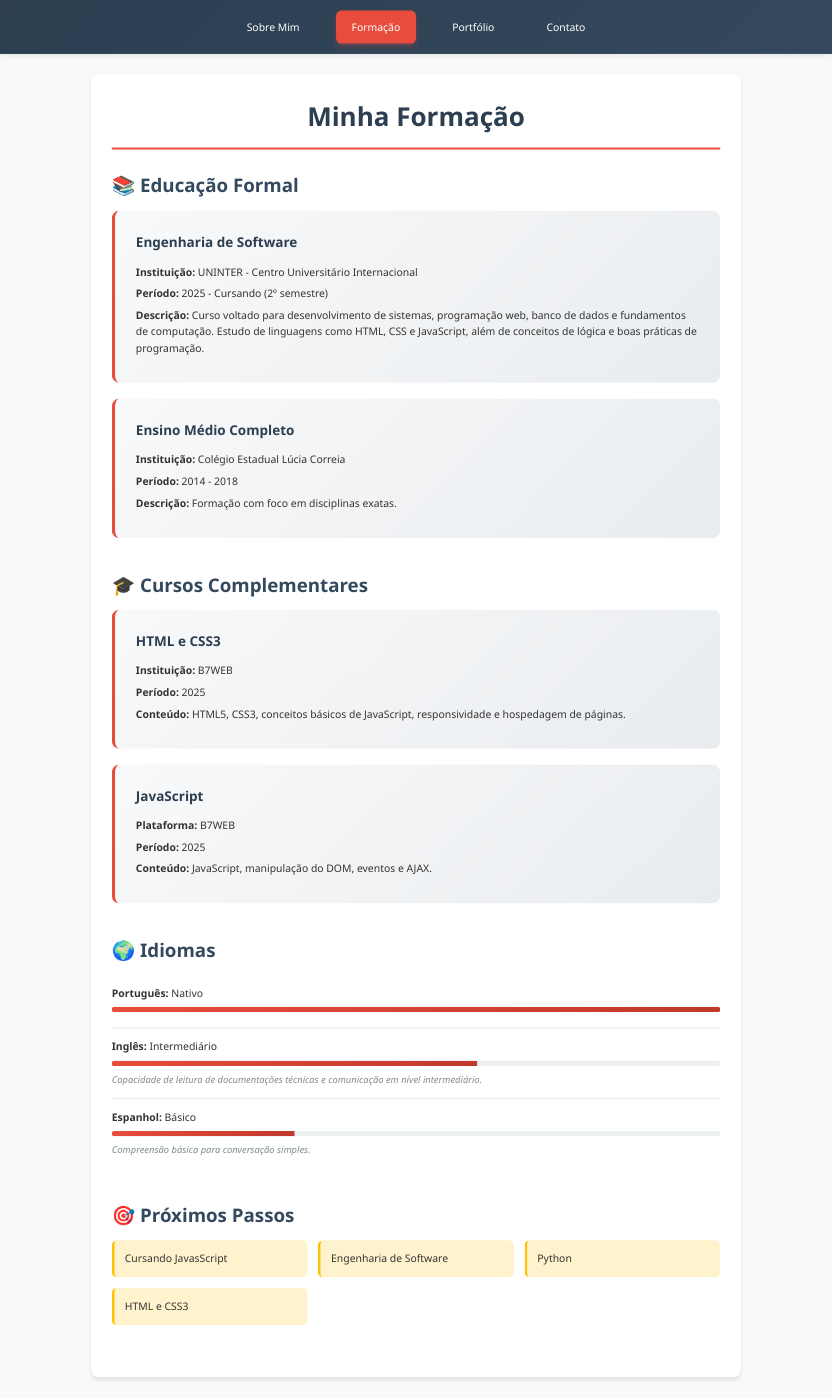
Repository: AnderHonorato/meu-portfolio
Page: formacao.html
An editor plug-in stored every save of this project. The page is shown before and after the next save, followed by the edit.
The browser window is 1280 px wide. The pictures show the whole page, at 65% of full size.

Above is the page before, as saved 2025-08-26 21:44:09.

### formacao.html
<!DOCTYPE html>
<html lang="pt-br">
<head>
    <meta charset="UTF-8">
    <meta name="viewport" content="width=device-width, initial-scale=1.0">
    <title>Formação - Anderson</title>
    <link rel="stylesheet" href="css/style.css">
</head>
<body>
    <!-- MENU DE NAVEGAÇÃO PADRÃO -->
    <nav class="menu">
        <ul>
            <li><a href="index.html">Sobre Mim</a></li>
            <li><a href="formacao.html" class="ativo">Formação</a></li>
            <li><a href="portfolio.html">Portfólio</a></li>
            <li><a href="contato.html">Contato</a></li>
        </ul>
    </nav>

    <!-- CONTEÚDO DA PÁGINA DE FORMAÇÃO -->
    <main class="conteudo">
        <h1>Minha Formação</h1>

        <!-- EDUCAÇÃO FORMAL -->
        <div class="formacao-secao">
            <h2>📚 Educação Formal</h2>

            <div class="item-formacao">
                <h3>Engenharia de Software</h3>
                <p><strong>Instituição:</strong> UNINTER - Centro Universitário Internacional</p>
                <p><strong>Período:</strong> 2025 - Cursando (2º semestre)</p>
                <p><strong>Descrição:</strong> Curso voltado para desenvolvimento de sistemas, programação web, banco de dados e fundamentos de computação. Estudo de linguagens como HTML, CSS e JavaScript, além de conceitos de lógica e boas práticas de programação.</p>
            </div>

            <div class="item-formacao">
                <h3>Ensino Médio Completo</h3>
                <p><strong>Instituição:</strong> Colégio Estadual Lúcia Correia</p>
                <p><strong>Período:</strong> 2014 - 2018</p>
                <p><strong>Descrição:</strong> Formação com foco em disciplinas exatas.</p>
            </div>
        </div>

        <!-- CURSOS COMPLEMENTARES -->
        <div class="formacao-secao">
            <h2>🎓 Cursos Complementares</h2>

            <div class="item-formacao">
                <h3>HTML e CSS3</h3>
                <p><strong>Instituição:</strong> B7WEB</p>
                <p><strong>Período:</strong> 2025</p>
                <p><strong>Conteúdo:</strong> HTML5, CSS3, conceitos básicos de JavaScript, responsividade e hospedagem de páginas.</p>
            </div>

            <div class="item-formacao">
                <h3>JavaScript</h3>
                <p><strong>Plataforma:</strong> B7WEB</p>
                <p><strong>Período:</strong> 2025</p>
                <p><strong>Conteúdo:</strong> JavaScript, manipulação do DOM, eventos e AJAX.</p>
            </div>
        </div>

        <!-- IDIOMAS -->
        <div class="formacao-secao">
            <h2>🌍 Idiomas</h2>

            <ul class="lista-idiomas">
                <li>
                    <strong>Português:</strong> Nativo
                    <div class="nivel-idioma">
                        <div class="barra-progresso">
                            <div class="progresso" style="width: 100%"></div>
                        </div>
                    </div>
                </li>

                <li>
                    <strong>Inglês:</strong> Intermediário
                    <div class="nivel-idioma">
                        <div class="barra-progresso">
                            <div class="progresso" style="width: 60%"></div>
                        </div>
                        <span class="descricao-nivel">Capacidade de leitura de documentações técnicas e comunicação em nível intermediário.</span>
                    </div>
                </li>

                <li>
                    <strong>Espanhol:</strong> Básico
                    <div class="nivel-idioma">
                        <div class="barra-progresso">
                            <div class="progresso" style="width: 30%"></div>
                        </div>
                        <span class="descricao-nivel">Compreensão básica para conversação simples.</span>
                    </div>
                </li>
            </ul>
        </div>

        <!-- PRÓXIMOS PASSOS -->
        <div class="formacao-secao">
            <h2>🎯 Próximos Passos</h2>
            <div class="proximos-estudos">
                <ul>
                    <li>Cursando JavasScript</li>
                    <li>Engenharia de Software</li>
                    <li>Python</li>
                    <li>HTML e CSS3</li>
                </ul>
            </div>
        </div>
    </main>
</body>
</html>

### css/style.css
/* Reset básico e configurações globais */
* {
    margin: 0;
    padding: 0;
    box-sizing: border-box;
}

/* Configurações do corpo da página */
body {
    font-family: 'Segoe UI', Tahoma, Geneva, Verdana, sans-serif;
    line-height: 1.6;
    color: #333;
    background-color: #f8f9fa;
}

/* Menu de navegação - SEMPRE VISÍVEL */
.menu {
    background: linear-gradient(135deg, #2c3e50, #34495e);
    padding: 1rem 0;
    position: sticky; /* Menu fica fixo no topo ao rolar */
    top: 0;
    z-index: 1000; /* Garante que fica por cima de outros elementos */
    box-shadow: 0 2px 10px rgba(0,0,0,0.1);
}

.menu ul {
    list-style: none;
    display: flex;
    justify-content: center;
    gap: 2rem;
    max-width: 1200px;
    margin: 0 auto;
    padding: 0 1rem;
}

.menu a {
    color: white;
    text-decoration: none;
    padding: 0.8rem 1.5rem;
    border-radius: 8px;
    transition: all 0.3s ease;
    display: block;
    font-weight: 500;
}

.menu a:hover {
    background-color: rgba(255, 255, 255, 0.1);
    transform: translateY(-2px);
}

.menu a.ativo {
    background-color: #e74c3c;
    box-shadow: 0 4px 8px rgba(231, 76, 60, 0.3);
}

/* Conteúdo principal */
.conteudo {
    max-width: 1000px;
    margin: 2rem auto;
    padding: 0 1rem;
    background-color: white;
    border-radius: 12px;
    box-shadow: 0 4px 6px rgba(0,0,0,0.1);
    padding: 2rem;
}

.conteudo h1 {
    color: #2c3e50;
    margin-bottom: 1.5rem;
    text-align: center;
    font-size: 2.5rem;
    border-bottom: 3px solid #e74c3c;
    padding-bottom: 1rem;
}

.conteudo h2 {
    color: #34495e;
    margin: 2rem 0 1rem 0;
    font-size: 1.8rem;
}

/* === ESTILOS PÁGINA SOBRE MIM === */
.sobre-container {
    display: grid;
    grid-template-columns: 250px 1fr;
    gap: 2rem;
    margin-top: 2rem;
}

.foto-perfil {
    text-align: center;
}

.placeholder-foto {
    width: 200px;
    height: 200px;
    border-radius: 50%;
    background: linear-gradient(135deg, #e74c3c, #c0392b);
    display: flex;
    align-items: center;
    justify-content: center;
    color: white;
    font-weight: bold;
    margin: 0 auto;
    box-shadow: 0 8px 16px rgba(231, 76, 60, 0.3);
}

.foto-perfil img {
    width: 200px;
    height: 200px;
    border-radius: 50%;
    object-fit: cover;
    box-shadow: 0 8px 16px rgba(0,0,0,0.2);
}

.texto-sobre {
    flex: 1;
}

.texto-sobre p {
    margin-bottom: 1rem;
    text-align: justify;
    font-size: 1.1rem;
}

.lista-hobbies {
    list-style: none;
    margin: 1rem 0;
}

.lista-hobbies li {
    padding: 0.5rem 0;
    font-size: 1.1rem;
    border-bottom: 1px solid #eee;
    transition: all 0.3s ease;
}

.lista-hobbies li:hover {
    background-color: #f8f9fa;
    padding-left: 1rem;
    border-left: 4px solid #e74c3c;
}

.info-adicional {
    margin-top: 3rem;
    padding: 2rem;
    background: linear-gradient(135deg, #ecf0f1, #bdc3c7);
    border-radius: 12px;
}

/* === ESTILOS PÁGINA FORMAÇÃO === */
.formacao-secao {
    margin-bottom: 3rem;
}

.item-formacao {
    background: linear-gradient(135deg, #f8f9fa, #e9ecef);
    padding: 2rem;
    border-radius: 12px;
    margin-bottom: 1.5rem;
    border-left: 5px solid #e74c3c;
    transition: transform 0.3s ease;
}

.item-formacao:hover {
    transform: translateY(-5px);
    box-shadow: 0 8px 16px rgba(0,0,0,0.1);
}

.item-formacao h3 {
    color: #2c3e50;
    margin-bottom: 1rem;
    font-size: 1.3rem;
}

.item-formacao p {
    margin-bottom: 0.5rem;
}

.lista-idiomas {
    list-style: none;
}

.lista-idiomas li {
    padding: 1rem 0;
    border-bottom: 1px solid #ddd;
}

.lista-idiomas li:last-child {
    border-bottom: none;
}

.nivel-idioma {
    margin-top: 0.5rem;
}

.barra-progresso {
    width: 100%;
    height: 8px;
    background-color: #ecf0f1;
    border-radius: 4px;
    overflow: hidden;
    margin: 0.5rem 0;
}

.progresso {
    height: 100%;
    background: linear-gradient(90deg, #e74c3c, #c0392b);
    transition: width 0.3s ease;
}

.descricao-nivel {
    font-size: 0.9rem;
    color: #7f8c8d;
    font-style: italic;
}

.proximos-estudos ul {
    list-style: none;
    display: grid;
    grid-template-columns: repeat(auto-fit, minmax(250px, 1fr));
    gap: 1rem;
}

.proximos-estudos li {
    background-color: #fff3cd;
    padding: 1rem;
    border-radius: 8px;
    border-left: 4px solid #ffc107;
    font-weight: 500;
}

/* === ESTILOS PÁGINA PORTFÓLIO === */
.intro-portfolio {
    text-align: center;
    font-size: 1.2rem;
    margin-bottom: 2rem;
    padding: 1rem;
    background-color: #f8f9fa;
    border-radius: 8px;
    border-left: 4px solid #e74c3c;
}

.projetos-grid {
    display: grid;
    grid-template-columns: repeat(auto-fit, minmax(350px, 1fr));
    gap: 2rem;
    margin-bottom: 3rem;
}

.projeto-item {
    background: linear-gradient(135deg, #ffffff, #f8f9fa);
    padding: 2rem;
    border-radius: 12px;
    box-shadow: 0 4px 8px rgba(0,0,0,0.1);
    transition: all 0.3s ease;
    border-top: 4px solid #e74c3c;
}

.projeto-item:hover {
    transform: translateY(-8px);
    box-shadow: 0 12px 24px rgba(0,0,0,0.15);
}

.projeto-item h3 {
    color: #2c3e50;
    margin-bottom: 1rem;
    font-size: 1.4rem;
}

.tags-projeto {
    margin-bottom: 1rem;
}

.tag {
    display: inline-block;
    background: linear-gradient(135deg, #e74c3c, #c0392b);
    color: white;
    padding: 0.3rem 0.8rem;
    border-radius: 20px;
    font-size: 0.8rem;
    margin-right: 0.5rem;
    font-weight: 500;
}

.projeto-detalhes {
    margin: 1rem 0;
    padding: 1rem;
    background-color: #f8f9fa;
    border-radius: 8px;
}

.projeto-detalhes p {
    margin-bottom: 0.5rem;
    font-size: 0.9rem;
}

.btn-projeto {
    display: inline-block;
    background: linear-gradient(135deg, #3498db, #2980b9);
    color: white;
    padding: 0.8rem 1.5rem;
    text-decoration: none;
    border-radius: 8px;
    transition: all 0.3s ease;
    font-weight: 500;
}

.btn-projeto:hover {
    transform: translateY(-2px);
    box-shadow: 0 4px 8px rgba(52, 152, 219, 0.3);
}

/* Habilidades técnicas */
.habilidades-secao {
    margin-top: 3rem;
    padding: 2rem;
    background: linear-gradient(135deg, #ecf0f1, #bdc3c7);
    border-radius: 12px;
}

.habilidades-grid {
    display: grid;
    grid-template-columns: repeat(auto-fit, minmax(250px, 1fr));
    gap: 1.5rem;
    margin-top: 1rem;
}

.habilidade-item {
    background-color: white;
    padding: 1.5rem;
    border-radius: 8px;
    box-shadow: 0 2px 4px rgba(0,0,0,0.1);
}

.habilidade-item h4 {
    color: #2c3e50;
    margin-bottom: 1rem;
    font-size: 1.1rem;
}

.nivel-habilidade {
    display: flex;
    align-items: center;
    gap: 1rem;
}

.barra-habilidade {
    flex: 1;
    height: 8px;
    background-color: #ecf0f1;
    border-radius: 4px;
    overflow: hidden;
}

.progresso-habilidade {
    height: 100%;
    background: linear-gradient(90deg, #27ae60, #2ecc71);
    transition: width 0.3s ease;
}

.estudos-atuais {
    margin-top: 2rem;
    padding: 2rem;
    background-color: #e8f5e8;
    border-radius: 12px;
    border-left: 5px solid #27ae60;
}

.lista-estudos {
    list-style: none;
    display: grid;
    grid-template-columns: repeat(auto-fit, minmax(300px, 1fr));
    gap: 1rem;
}

.lista-estudos li {
    padding: 1rem;
    background-color: white;
    border-radius: 8px;
    box-shadow: 0 2px 4px rgba(0,0,0,0.1);
    transition: transform 0.3s ease;
}

.lista-estudos li:hover {
    transform: translateX(10px);
}

/* === ESTILOS PÁGINA CONTATO === */
.intro-contato {
    text-align: center;
    font-size: 1.2rem;
    margin-bottom: 2rem;
    padding: 1rem;
    background: linear-gradient(135deg, #d4edda, #c3e6cb);
    border-radius: 8px;
    border-left: 4px solid #28a745;
}

.contato-container {
    display: grid;
    grid-template-columns: 2fr 1fr;
    gap: 3rem;
    margin-top: 2rem;
}

.formulario-contato {
    background-color: #f8f9fa;
    padding: 2rem;
    border-radius: 12px;
    box-shadow: 0 4px 8px rgba(0,0,0,0.1);
}

.formulario-contato h2 {
    color: #2c3e50;
    margin-bottom: 1.5rem;
    text-align: center;
}

.form-contato {
    display: flex;
    flex-direction: column;
    gap: 1.5rem;
}

.campo {
    display: flex;
    flex-direction: column;
}

.campo.checkbox {
    flex-direction: row;
    align-items: center;
    gap: 0.5rem;
}

.campo.checkbox input {
    width: auto;
}

.campo label {
    margin-bottom: 0.5rem;
    font-weight: 600;
    color: #2c3e50;
}

.campo input,
.campo textarea,
.campo select {
    padding: 0.8rem;
    border: 2px solid #ddd;
    border-radius: 8px;
    font-size: 1rem;
    transition: border-color 0.3s ease;
    font-family: inherit;
}

.campo input:focus,
.campo textarea:focus,
.campo select:focus {
    outline: none;
    border-color: #e74c3c;
    box-shadow: 0 0 0 3px rgba(231, 76, 60, 0.1);
}

.btn-enviar {
    background: linear-gradient(135deg, #e74c3c, #c0392b);
    color: white;
    padding: 1rem 2rem;
    border: none;
    border-radius: 8px;
    cursor: pointer;
    font-size: 1.1rem;
    font-weight: 600;
    transition: all 0.3s ease;
}

.btn-enviar:hover {
    transform: translateY(-2px);
    box-shadow: 0 4px 8px rgba(231, 76, 60, 0.3);
}

.mensagem-retorno {
    margin-top: 1rem;
    padding: 1rem;
    background-color: #d4edda;
    border: 1px solid #c3e6cb;
    border-radius: 8px;
    color: #155724;
    text-align: center;
    font-weight: 500;
}

/* Informações de contato */
.info-contato {
    background-color: white;
    padding: 2rem;
    border-radius: 12px;
    box-shadow: 0 4px 8px rgba(0,0,0,0.1);
    height: fit-content;
}

.info-contato h2 {
    color: #2c3e50;
    margin-bottom: 1.5rem;
    text-align: center;
}

.contato-item {
    margin-bottom: 2rem;
    padding: 1rem;
    background-color: #f8f9fa;
    border-radius: 8px;
    border-left: 4px solid #3498db;
}

.contato-item h3 {
    color: #2c3e50;
    margin-bottom: 0.5rem;
    font-size: 1.1rem;
}

.contato-item p {
    font-weight: 600;
    color: #34495e;
    margin-bottom: 0.3rem;
}

.contato-item small {
    color: #7f8c8d;
    font-style: italic;
}

.disponibilidade {
    padding: 1rem;
    background: linear-gradient(135deg, #fff3cd, #ffeaa7);
    border-radius: 8px;
    border-left: 4px solid #ffc107;
}

.disponibilidade h3 {
    color: #2c3e50;
    margin-bottom: 1rem;
}

.disponibilidade ul {
    list-style: none;
}

.disponibilidade li {
    padding: 0.3rem 0;
    color: #856404;
}

/* Dicas de contato */
.dicas-contato {
    margin-top: 3rem;
    padding: 2rem;
    background: linear-gradient(135deg, #e8f4fd, #d1ecf1);
    border-radius: 12px;
}

.dicas-grid {
    display: grid;
    grid-template-columns: repeat(auto-fit, minmax(250px, 1fr));
    gap: 1.5rem;
    margin-top: 1rem;
}

.dica-item {
    background-color: white;
    padding: 1.5rem;
    border-radius: 8px;
    box-shadow: 0 2px 4px rgba(0,0,0,0.1);
    transition: transform 0.3s ease;
}

.dica-item:hover {
    transform: translateY(-5px);
}

.dica-item h4 {
    color: #2c3e50;
    margin-bottom: 1rem;
}

.dica-item p {
    color: #34495e;
    font-size: 0.9rem;
}

/* === RESPONSIVIDADE === */
@media (max-width: 768px) {
    /* Menu responsivo */
    .menu ul {
        flex-wrap: wrap;
        gap: 0.5rem;
        justify-content: center;
    }

    .menu a {
        padding: 0.6rem 1rem;
        font-size: 0.9rem;
    }

    /* Conteúdo */
    .conteudo {
        margin: 1rem;
        padding: 1.5rem;
    }

    .conteudo h1 {
        font-size: 2rem;
    }

    /* Sobre mim responsivo */
    .sobre-container {
        grid-template-columns: 1fr;
        text-align: center;
        gap: 1.5rem;
    }

    /* Formação responsiva */
    .item-formacao {
        padding: 1.5rem;
    }

    /* Portfólio responsivo */
    .projetos-grid {
        grid-template-columns: 1fr;
        gap: 1.5rem;
    }

    .habilidades-grid {
        grid-template-columns: 1fr;
    }

    /* Contato responsivo */
    .contato-container {
        grid-template-columns: 1fr;
        gap: 2rem;
    }

    .dicas-grid {
        grid-template-columns: 1fr;
    }
}

@media (max-width: 480px) {
    .conteudo {
        padding: 1rem;
    }

    .conteudo h1 {
        font-size: 1.8rem;
    }

    .menu ul {
        flex-direction: column;
        gap: 0.3rem;
    }

    .projeto-item,
    .item-formacao,
    .formulario-contato {
        padding: 1rem;
    }
}

/* Animações e efeitos especiais */
@keyframes slideInUp {
    from {
        opacity: 0;
        transform: translateY(30px);
    }
    to {
        opacity: 1;
        transform: translateY(0);
    }
}

.conteudo {
    animation: slideInUp 0.6s ease-out;
}

/* Scroll suave */
html {
    scroll-behavior: smooth;
}

/* desataque */
.projeto-item.destaque {
    background: linear-gradient(135deg, #f0f9ff, #e6f7ff);
    border-left: 6px solid #3498db;
    box-shadow: 0 8px 16px rgba(52, 152, 219, 0.2);
    transform: scale(1.02);
    transition: all 0.4s ease;
    position: relative;
    overflow: hidden;
}

.projeto-item.destaque:hover {
    transform: scale(1.04);
    box-shadow: 0 12px 24px rgba(52, 152, 219, 0.3);
}

.projeto-item.destaque::before {
    content: "";
    position: absolute;
    top: -2px;
    left: -2px;
    right: -2px;
    bottom: -2px;
    background: linear-gradient(90deg, #3498db, #2980b9, #3498db);
    z-index: 0;
    border-radius: 12px;
    filter: blur(6px);
    opacity: 0.7;
    animation: animarBorda 3s linear infinite;
}

.projeto-item.destaque > * {
    position: relative;
    z-index: 1;
}

@keyframes animarBorda {
    0% { background-position: 0% 50%; }
    50% { background-position: 100% 50%; }
    100% { background-position: 0% 50%; }
}

After the next save:
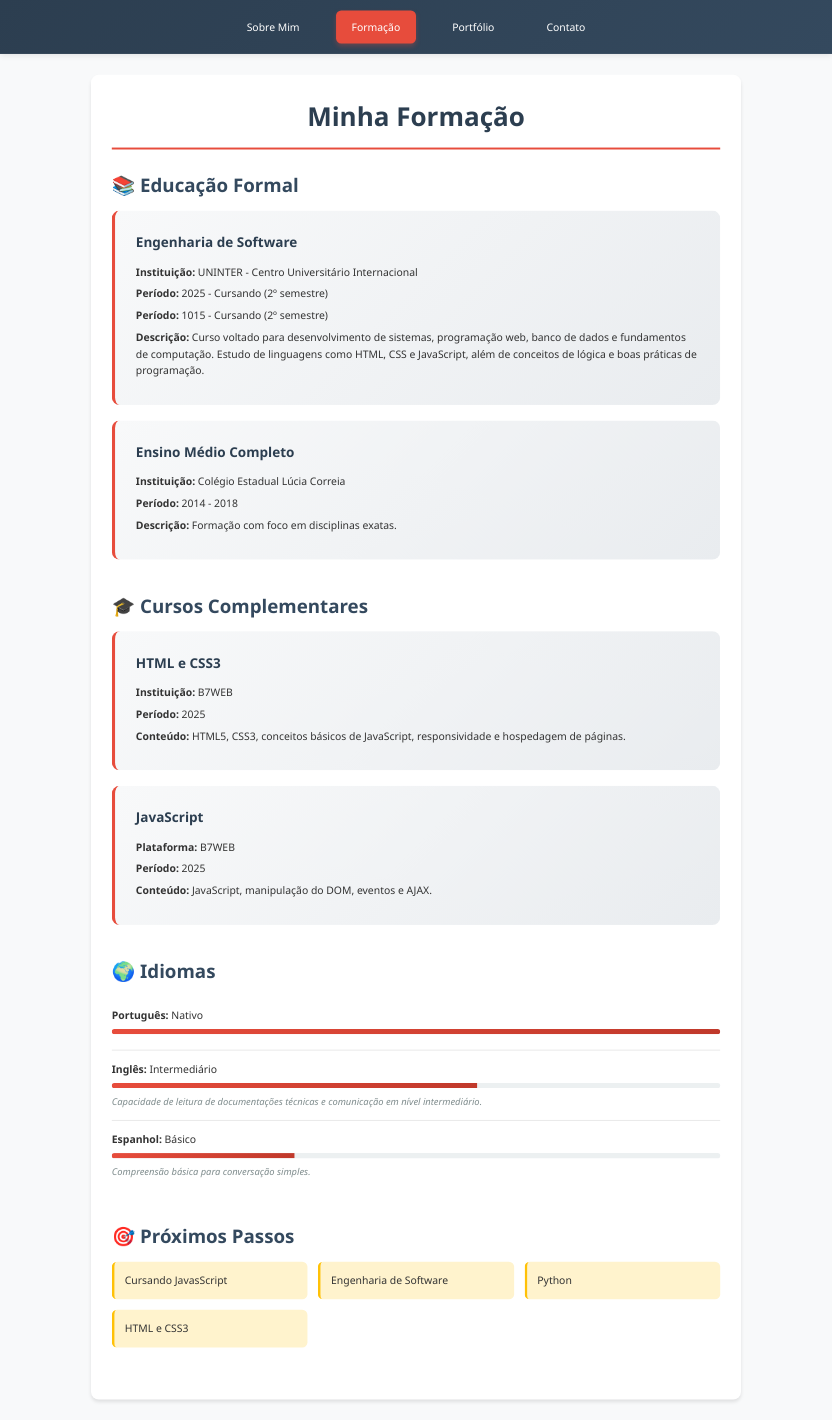
Saved 110 min 45 s later.
--- a/formacao.html
+++ b/formacao.html
@@ -29,6 +29,7 @@
                 <h3>Engenharia de Software</h3>
                 <p><strong>Instituição:</strong> UNINTER - Centro Universitário Internacional</p>
                 <p><strong>Período:</strong> 2025 - Cursando (2º semestre)</p>
+                <p><strong>Período:</strong> 1015 - Cursando (2º semestre)</p>
                 <p><strong>Descrição:</strong> Curso voltado para desenvolvimento de sistemas, programação web, banco de dados e fundamentos de computação. Estudo de linguagens como HTML, CSS e JavaScript, além de conceitos de lógica e boas práticas de programação.</p>
             </div>
 
